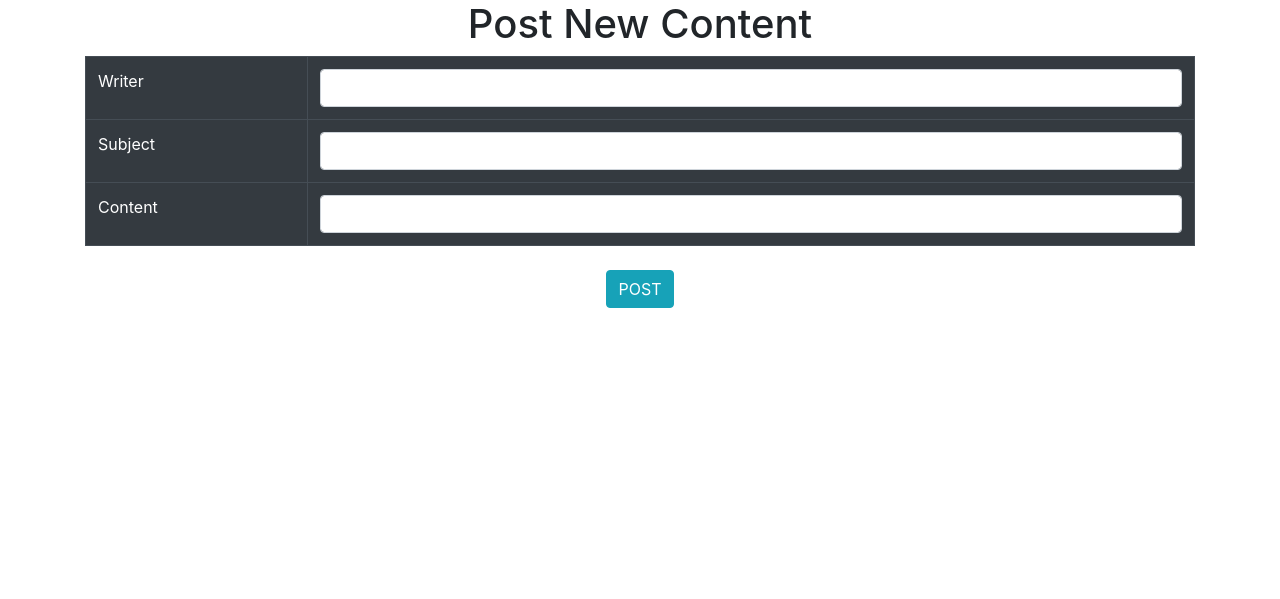
Repository: yeobleeme/06_jsp_basic
Page: http://localhost/jsp02_database/exercise/inputForm.jsp
These files come from the project's save history. The page is drawn as it stood at one moment and after the next save; the edit follows.
The browser window is 1280 px wide. The pictures show the whole page.
The page is served by Tomcat 9.

Above is the page before, as saved 2023-05-17 01:30:24.
Console error (its wording comes from the project's code and is left out).

After the next save:
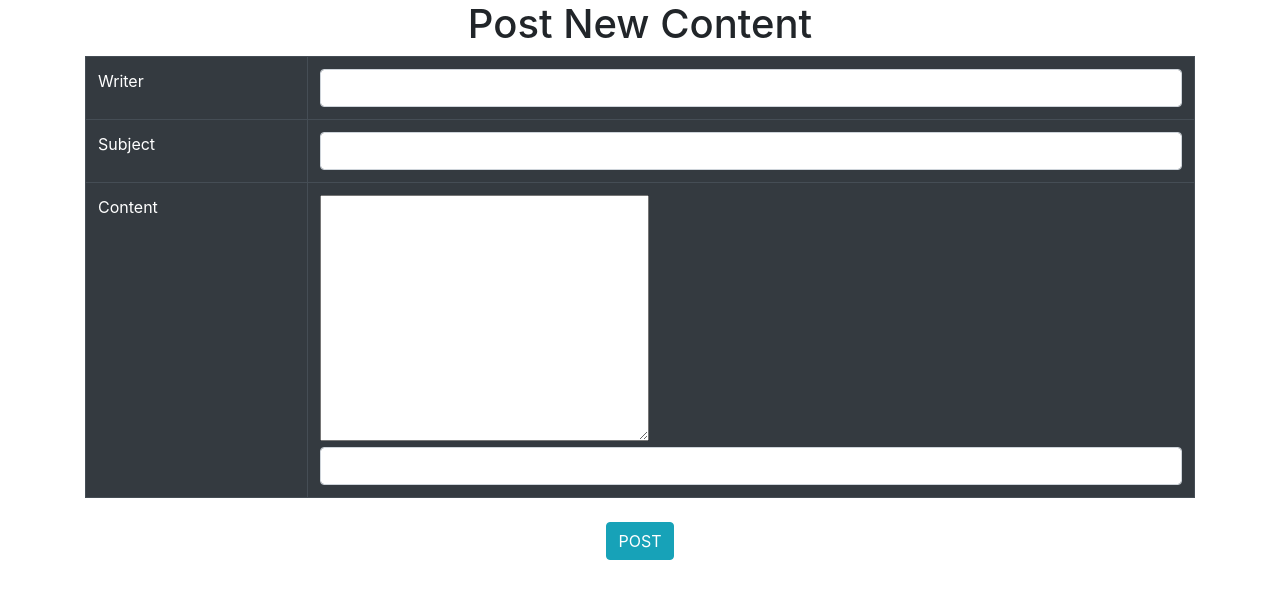
Saved 28 s later.
--- a/jsp02_database/WebContent/exercise/inputForm.jsp
+++ b/jsp02_database/WebContent/exercise/inputForm.jsp
@@ -24,7 +24,9 @@
 				</tr>
 				<tr>
 					<td>Content</td>
-					<td><input type="text" name="writer" class="form-control" size="30" value=""></td>
+					<td><textarea name="" id="" cols="30" rows="10"></textarea>
+
+					<input type="text" name="writer" class="form-control" size="30" value=""></td>
 				</tr>
 			</table>
 			<input type="submit" class="btn btn-info mt-sm-2" value="POST"/>
